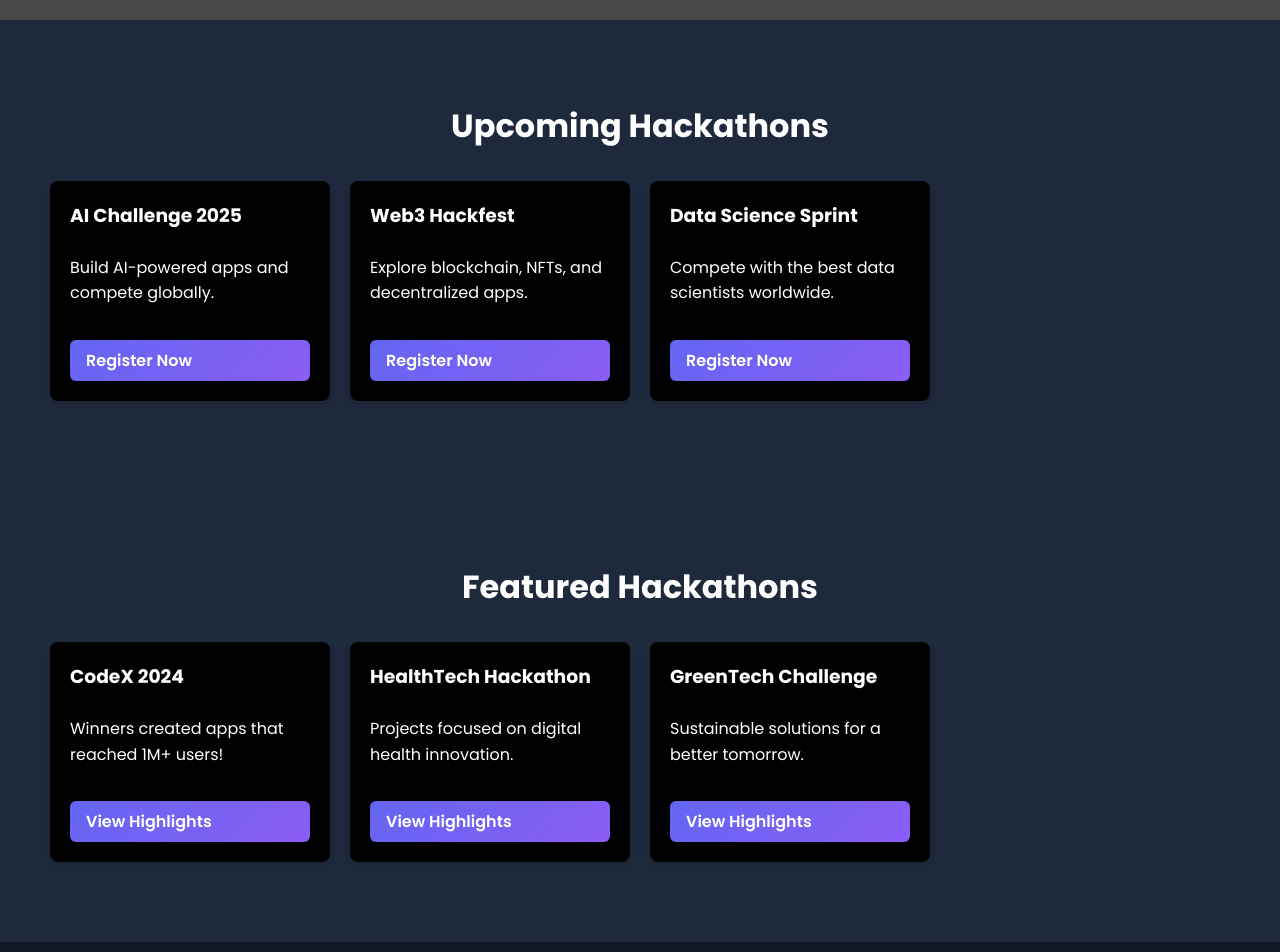
Repository: masihuddin-tech/Hackathon-Project
Page: index.html
These files come from the project's save history. The page is drawn as it stood at one moment and after the next save; the edit follows.
The browser window is 1280 px wide. The pictures show the part of the page from y = 700 to 1652 px (the page is 1885 px tall before and 1845 px after).
Pictures or frames that could not be fetched are drawn as grey boxes. Backgrounds fixed to the window are drawn as part of the page.

Above is the page before, as saved 2025-09-04 10:43:17.
Not found: app.js

### index.html
<!DOCTYPE html>
<html lang="en">
<head>
  <meta charset="UTF-8" />
  <meta name="viewport" content="width=device-width, initial-scale=1.0" />
  <title>Hackathon Aggregator Portal</title>
  <link rel="stylesheet" href="style.css" />
  <link href="https://fonts.googleapis.com/css2?family=Poppins:wght@400;600;700&display=swap" rel="stylesheet" />
</head>
<body>

  <!-- Navbar -->
<header class="navbar">
  <div class="logo">HackPortal</div>
  <nav>
    <div class="nav-links">
      <a href="#current">Current Hackathons</a>
      <a href="#past">Featured Hackathons</a>
    </div>
    <div class="nav-buttons">
      <a href="login.html" id="login-btn" class="login-btn">Log In</a>
      <a href="signup.html" id="signup-btn" class="signup-btn">Sign Up</a>
    </div>
  </nav>

</header>

  <!-- Hero Section with Parallax -->
  <section class="hero">
    <div class="hero-content">
      <h1>Discover Your Next Big Coding Challenge</h1>
      <p>Join exciting hackathons, build innovative projects, and connect with the coding community.</p>
      <a href="#current" class="btn-secondary">Explore Hackathons</a>
    </div>
  </section>

  <!-- Current Hackathons -->
<section id="current" class="hackathons-section">
  <h2>Upcoming Hackathons</h2>
  <div class="hackathon-grid" id="current-hackathons">
    <!-- Dummy Cards -->
    <div class="card">
      <h3>AI Challenge 2025</h3>
      <p>Build AI-powered apps and compete globally.</p>
      <a href="#">Register Now</a>
    </div>
    <div class="card">
      <h3>Web3 Hackfest</h3>
      <p>Explore blockchain, NFTs, and decentralized apps.</p>
      <a href="#">Register Now</a>
    </div>
    <div class="card">
      <h3>Data Science Sprint</h3>
      <p>Compete with the best data scientists worldwide.</p>
      <a href="#">Register Now</a>
    </div>
  </div>
</section>

<!-- Past Hackathons -->
<section id="past" class="hackathons-section">
  <h2>Featured Hackathons</h2>
  <div class="hackathon-grid" id="past-hackathons">
    <!-- Dummy Cards -->
    <div class="card">
      <h3>CodeX 2024</h3>
      <p>Winners created apps that reached 1M+ users!</p>
      <a href="#">View Highlights</a>
    </div>
    <div class="card">
      <h3>HealthTech Hackathon</h3>
      <p>Projects focused on digital health innovation.</p>
      <a href="#">View Highlights</a>
    </div>
    <div class="card">
      <h3>GreenTech Challenge</h3>
      <p>Sustainable solutions for a better tomorrow.</p>
      <a href="#">View Highlights</a>
    </div>
  </div>
</section>


  <!-- Footer -->
  <footer>
    <p>© 2025 Hackathon Aggregator Portal. All Rights Reserved.</p>
  </footer>

  <!-- Login Modal -->
  <div class="modal hidden" id="login-modal">
    <div class="modal-content">
      <span class="close" id="login-close">&times;</span>
      <h2>Login</h2>
      <input type="email" id="login-email" placeholder="Email" />
      <input type="password" id="login-password" placeholder="Password" />
      <button id="login-submit">Login</button>
    </div>
  </div>

  <!-- Signup Modal -->
  <div class="modal hidden" id="signup-modal">
    <div class="modal-content">
      <span class="close" id="signup-close">&times;</span>
      <h2>Sign Up</h2>
      <input type="email" id="signup-email" placeholder="Email" />
      <input type="password" id="signup-password" placeholder="Password" />
      <button id="signup-submit">Sign Up</button>
    </div>
  </div>

  <script src="app.js" type="module"></script>
</body>
</html>

### style.css
/* Reset */
* {
  margin: 0;
  padding: 0;
  box-sizing: border-box;
}

html {
  scroll-behavior: smooth;
}

body {
  font-family: 'Poppins', sans-serif;
  background: #0f172a; /* dark base */
  color: #f1f5f9;
  line-height: 1.6;
}

/* Navbar */
.navbar {
  position: fixed;
  top: 0;
  left: 0;
  width: 100%;
  background: rgba(17, 17, 17, 0.85);
  backdrop-filter: blur(10px);
  color: white;
  display: flex;
  align-items: center;
  justify-content: space-between;
  padding: 15px 50px;
  z-index: 1000;
}

/* Logo left aligned */
.navbar .logo {
  font-size: 2rem;
  font-weight: 700;
  color: white;
  flex: 0 0 auto;
}

/* Nav container */
.navbar nav {
  flex: 1 1 auto;
  display: flex;
  justify-content: center;
  align-items: center;
  gap: 40px;
  position: relative;
}

/* Nav links center */
.navbar nav .nav-links {
  display: flex;
  gap: 30px;
  margin-left: -200px; /* slight left shift */
}

/* Login / Signup right */
.navbar nav .nav-buttons {
  position: absolute;
  right: -30px;
  top: 50%;
  transform: translateY(-50%);
  display: flex;
  gap: 10px;
}

/* General nav link style */
.navbar nav a {
  padding: 8px 18px;
  border: 2px solid white;
  border-radius: 30px;
  color: white;
  text-decoration: none;
  font-weight: 600;
  transition: all 0.3s ease;
  cursor: pointer;
  white-space: nowrap;
}

/* Hover effect */
.navbar nav a:hover {
  background: linear-gradient(135deg, #6366f1, #8b5cf6);
  border-color: transparent;
  box-shadow: 0 0 12px rgba(139, 92, 246, 0.7);
}

/* Login button */
#login-btn, #signup-btn {
  border: none;
  background: linear-gradient(135deg, #6366f1, #8b5cf6);
  color: white;
  border-radius: 30px;
  padding: 8px 18px;
  font-weight: 600;
  transition: all 0.3s ease;
}

#login-btn:hover, #signup-btn:hover {
  background: linear-gradient(135deg, #8b5cf6, #6366f1);
  box-shadow: 0 0 15px rgba(99, 102, 241, 0.8);
  transform: scale(1.05);
}

/* Responsive */
@media (max-width: 768px) {
  .navbar {
    flex-wrap: wrap;
    padding: 10px 20px;
  }
  .navbar nav {
    flex-basis: 100%;
    justify-content: center;
    margin: 10px 0;
    position: static;
  }
  .navbar nav .nav-buttons {
    position: static;
    margin-top: 10px;
    justify-content: center;
    width: 100%;
  }
}

/* Hero Section */
.hero {
  background: linear-gradient(
      rgba(17, 17, 17, 0.6),
      rgba(17, 17, 17, 0.6)
    ),
    url('https://images.unsplash.com/photo-1555066931-4365d14bab8c?fit=crop&w=1600&q=80') center/cover fixed;
  height: 100vh;
  display: flex;
  align-items: center;
  justify-content: center;
  text-align: center;
  color: white;
  position: relative;
}

.hero h1 {
  font-size: 3.5rem;
  font-weight: 800;
  margin-bottom: 15px;
}

.hero p {
  font-size: 1.3rem;
  margin-bottom: 30px;
  color: #e5e7eb;
}

/* Hero Button */
.btn-secondary {
  padding: 12px 30px;
  border-radius: 8px;
  font-size: 1.1rem;
  font-weight: 600;
  background: linear-gradient(135deg, #6366f1, #8b5cf6);
  color: white;
  text-decoration: none;
  display: inline-block;
  transition: all 0.3s ease;
}

.btn-secondary:hover {
  background: linear-gradient(135deg, #8b5cf6, #6366f1);
  box-shadow: 0 0 18px rgba(139, 92, 246, 0.8);
}

/* Hackathon Cards */
.hackathons-section {
  padding: 80px 50px;
  background: #1e293b;
  color: white;
}

.hackathons-section h2 {
  text-align: center;
  font-size: 2rem;
  margin-bottom: 30px;
}

.hackathon-grid {
  display: grid;
  grid-template-columns: repeat(auto-fill, minmax(280px, 1fr));
  gap: 20px;
}

.card {
  background: rgb(0, 0, 0);
  border-radius: 8px;
  padding: 20px;
  box-shadow: 0 4px 8px rgba(0,0,0,0.1);
  transition: transform 0.3s, box-shadow 0.3s;
  min-height: 220px;  /* 🔥 Add this to increase card length */
  display: flex;
  flex-direction: column;
  justify-content: space-between; /* keeps button at bottom */
}

.card:hover {
  transform: translateY(-6px) scale(1.02);
  box-shadow: 0 12px 24px rgba(0,0,0,0.3);
}

.card a {
  display: inline-block;
  margin-top: 10px;
  padding: 8px 16px;
  background: linear-gradient(135deg, #6366f1, #8b5cf6);   /* 🔵 rich blue background */
  color: white;
  font-weight: 600;
  border-radius: 6px;
  text-decoration: none;
  transition: background 0.3s ease, transform 0.2s ease;
}

.card a:hover {
  background: linear-gradient(135deg, #6366f1, #8b5cf6);   /* darker blue on hover */
  transform: scale(1.05); /* slight zoom effect */
}



/* Footer */
footer {
  background: #111827;
  color: #d1d5db;
  padding: 20px;
  text-align: center;
  font-size: 0.9rem;
}

After the next save:
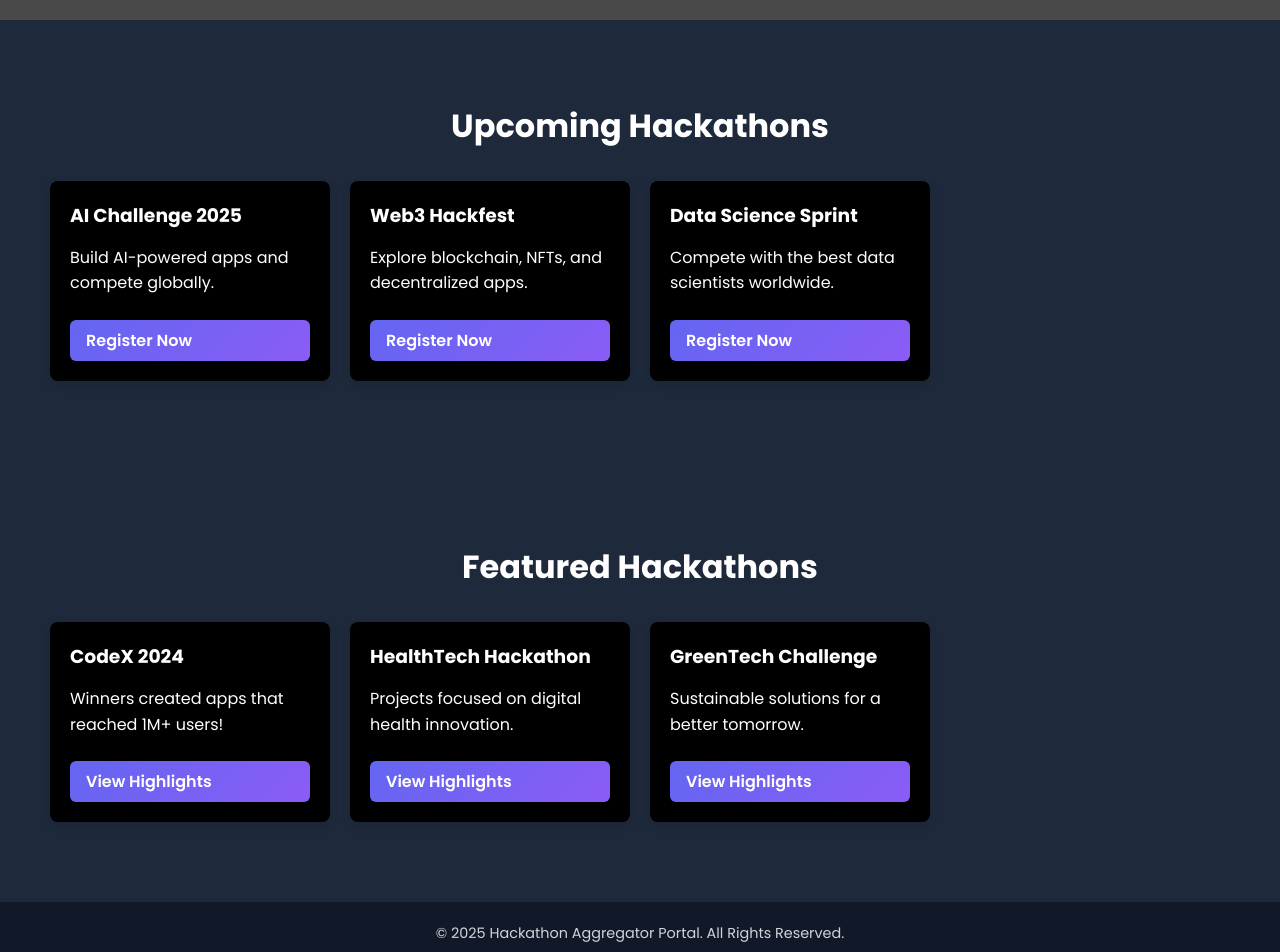
Saved 11 s later.
--- a/style.css
+++ b/style.css
@@ -195,7 +195,7 @@ body {
   padding: 20px;
   box-shadow: 0 4px 8px rgba(0,0,0,0.1);
   transition: transform 0.3s, box-shadow 0.3s;
-  min-height: 220px;  /* 🔥 Add this to increase card length */
+  min-height: 200px;  /* 🔥 Add this to increase card length */
   display: flex;
   flex-direction: column;
   justify-content: space-between; /* keeps button at bottom */
